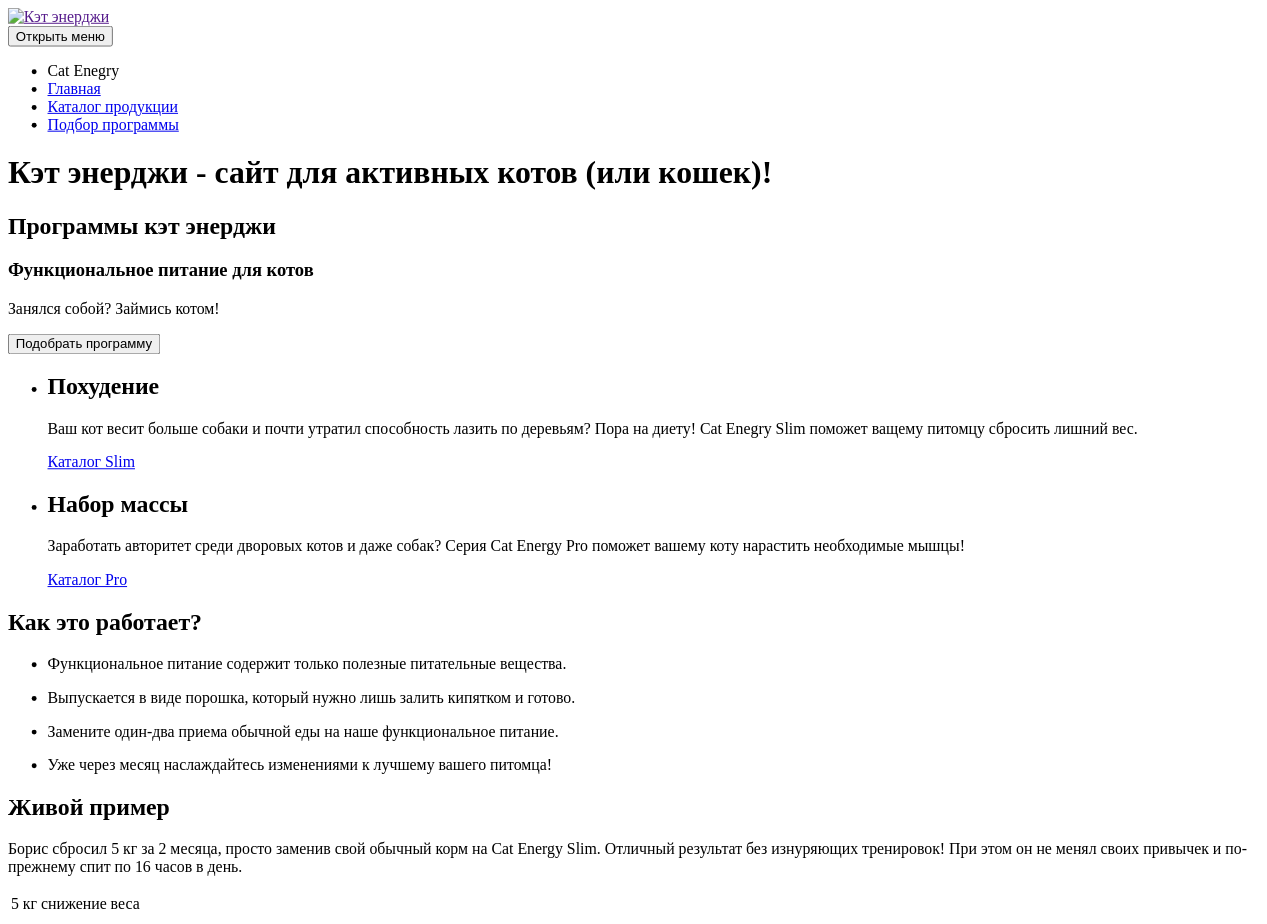
Repository: infernotw/1054987-cat-energy-17
Page: source/index.html
The author's editor kept a copy of each file at every save. The page is drawn from the files as they stood at one save, then again after the next save.
The browser window is 1280 px wide. The pictures show the whole page, at 99% of full size.

Above is the page before, as saved 2019-07-17 04:33:28.

After the next save:
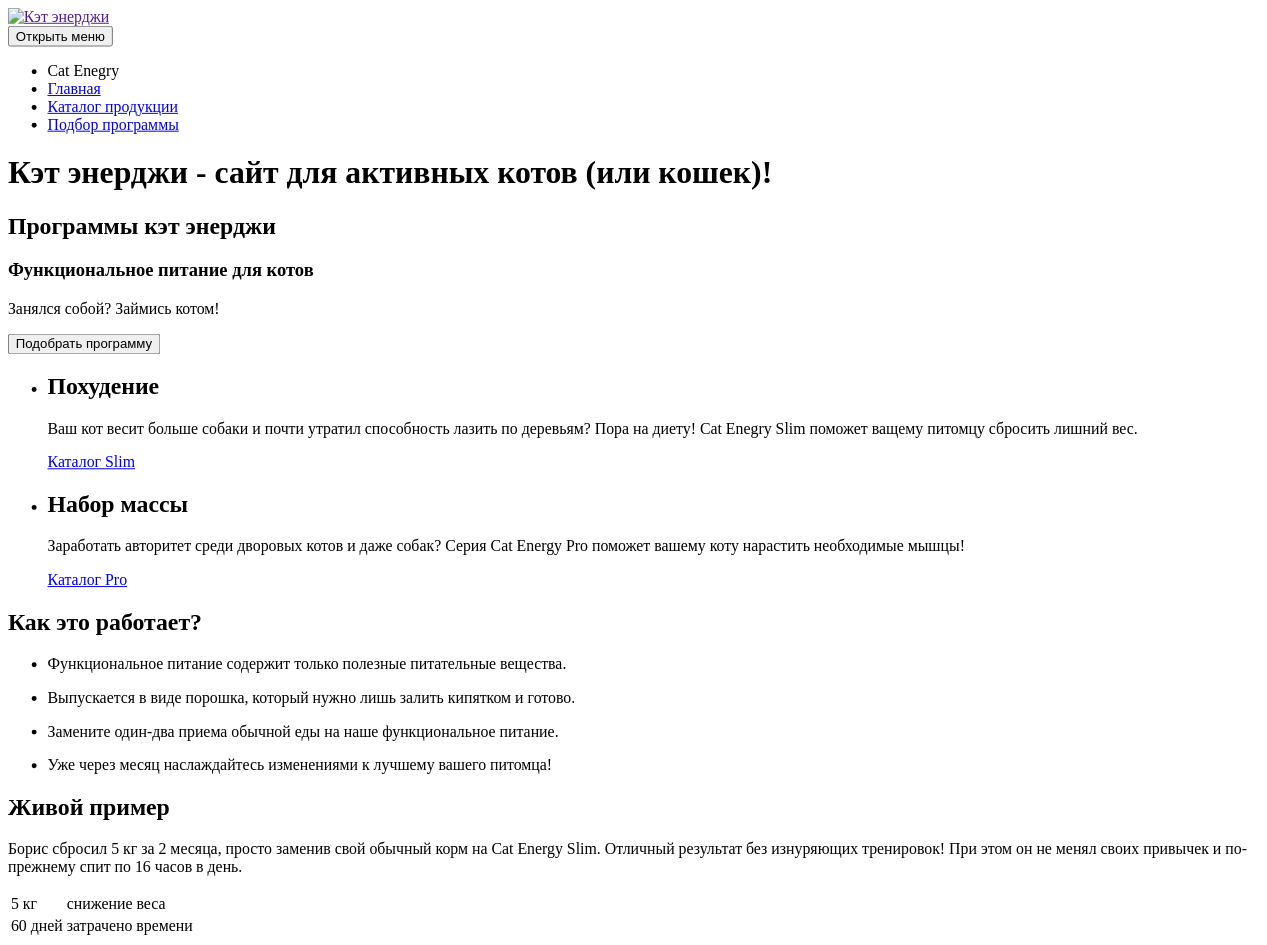
Saved 47 s later.
--- a/source/index.html
+++ b/source/index.html
@@ -92,6 +92,10 @@
             <td class="example__value">5 кг</td>
             <td class="example__field">снижение веса</td>
           </tr>
+          <tr>
+            <td class="example__value">60 дней</td>
+            <td class="example__field">затрачено времени</td>
+          </tr>
 
         </table>
       </div>
